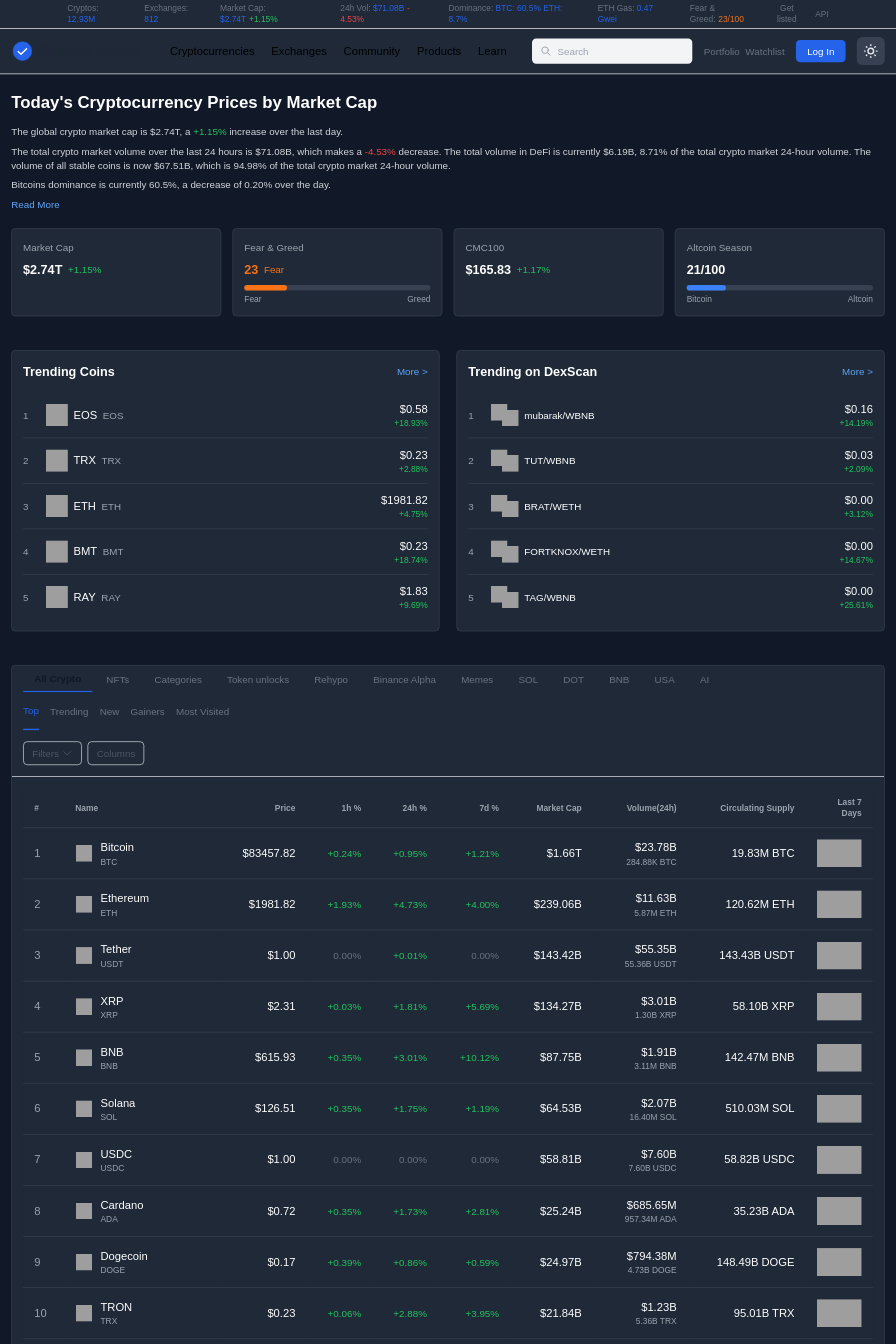
Repository: halilhaninan/testcmc
Page: /
These files come from the project's save history. The page is drawn as it stood at one moment and after the next save; the edit follows.
The browser window is 1280 px wide. The pictures show the part of the page from y = 0 to 1920 px (the page is 2883 px tall), at 70% of full size.
Pictures or frames that could not be fetched are drawn as grey boxes. The project was rebuilt for these pictures with package versions that can differ from the ones it lists, and the page was loaded fresh each time. Also part of the build but not shown: vite.config.ts.

Above is the page before, as saved 2025-04-07 20:40:41.

### index.html
<!DOCTYPE html>
<html lang="en">

<head>
  <meta charset="UTF-8" />
  <link rel="icon" type="image/svg+xml" href="data:[embedded picture, 526 characters]" />
  <meta name="viewport" content="width=device-width, initial-scale=1.0" />
  <title>Cryptocurrency Prices, Charts, and Market Capitalizations | CoinMarketCap Clone</title>
  <meta name="description" content="A clone of CoinMarketCap - the world's most-referenced price-tracking website for cryptoassets in the rapidly growing cryptocurrency space." />
</head>

<body>
  <div id="root"></div>
  <script type="module" src="/src/main.tsx"></script>
</body>

</html>

### src/main.tsx
import { createRoot } from "react-dom/client";
import "./index.css";
import App from "./App.tsx";

const rootElement = document.getElementById("root");
if (!rootElement) {
  throw new Error("Failed to find root element");
}

createRoot(rootElement).render(<App />);

### src/index.css
@tailwind base;
@tailwind components;
@tailwind utilities;

body {
  font-family: Arial, Helvetica, sans-serif;
}

:root {
  --background: 0 0% 100%;
  --foreground: 240 10% 3.9%;
  --card: 0 0% 100%;
  --card-foreground: 240 10% 3.9%;
  --popover: 0 0% 100%;
  --popover-foreground: 240 10% 3.9%;
  --primary: 240 5.9% 10%;
  --primary-foreground: 0 0% 98%;
  --secondary: 240 4.8% 95.9%;
  --secondary-foreground: 240 5.9% 10%;
  --muted: 240 4.8% 95.9%;
  --muted-foreground: 240 3.8% 46.1%;
  --accent: 240 4.8% 95.9%;
  --accent-foreground: 240 5.9% 10%;
  --destructive: 0 84.2% 60.2%;
  --destructive-foreground: 0 0% 98%;
  --border: 240 5.9% 90%;
  --input: 240 5.9% 90%;
  --ring: 240 5.9% 10%;
  --radius: 0.5rem;
  --chart-1: 12 76% 61%;
  --chart-2: 173 58% 39%;
  --chart-3: 197 37% 24%;
  --chart-4: 43 74% 66%;
  --chart-5: 27 87% 67%;
}

.dark {
  --background: 240 10% 3.9%;
  --foreground: 0 0% 98%;
  --card: 240 10% 3.9%;
  --card-foreground: 0 0% 98%;
  --popover: 240 10% 3.9%;
  --popover-foreground: 0 0% 98%;
  --primary: 0 0% 98%;
  --primary-foreground: 240 5.9% 10%;
  --secondary: 240 3.7% 15.9%;
  --secondary-foreground: 0 0% 98%;
  --muted: 240 3.7% 15.9%;
  --muted-foreground: 240 5% 64.9%;
  --accent: 240 3.7% 15.9%;
  --accent-foreground: 0 0% 98%;
  --destructive: 0 62.8% 30.6%;
  --destructive-foreground: 0 0% 98%;
  --border: 240 3.7% 15.9%;
  --input: 240 3.7% 15.9%;
  --ring: 240 4.9% 83.9%;
  --chart-1: 220 70% 50%;
  --chart-2: 160 60% 45%;
  --chart-3: 30 80% 55%;
  --chart-4: 280 65% 60%;
  --chart-5: 340 75% 55%;
}

@layer utilities {
  .no-scrollbar::-webkit-scrollbar {
    display: none;
  }

  .no-scrollbar {
    -ms-overflow-style: none;  /* IE and Edge */
    scrollbar-width: none;  /* Firefox */
  }
}

### src/App.tsx
import React from "react";
import Header from "./components/layout/Header";
import Footer from "./components/layout/Footer";
import GlobalStats from "./components/ui/GlobalStats";
import TrendingSection from "./components/ui/TrendingSection";
import FilterTabs from "./components/ui/FilterTabs";
import CryptoTable from "./components/ui/CryptoTable";
import { ThemeProvider } from "./context/ThemeContext";

function App() {
  return (
    <ThemeProvider>
      <div className="flex min-h-screen flex-col bg-gray-50 transition-colors duration-200 dark:bg-gray-900">
        <Header />
        <main className="flex-grow">
          <GlobalStats />
          <TrendingSection />
          <div className="container mx-auto px-4 py-4">
            <div className="overflow-hidden rounded-md border border-gray-200 bg-white shadow-sm transition-colors duration-200 dark:border-gray-700 dark:bg-gray-800">
              <FilterTabs />
              <CryptoTable />
            </div>
          </div>
        </main>
        <Footer />
      </div>
    </ThemeProvider>
  );
}

export default App;

### src/components/ui/TrendingSection.tsx
import React from "react";
import { trendingCoins, trendingDexPairs } from "../../data/mockData";
import { formatCurrencyWithDecimals, getPercentClass } from "../../utils/formatters";

const TrendingSection: React.FC = () => {
  return (
    <section className="container mx-auto mb-8 px-4">
      <div className="flex flex-col gap-6 md:flex-row">
        {/* Trending Coins Card */}
        <div className="w-full rounded-md border border-gray-200 bg-white p-4 dark:border-gray-700 dark:bg-gray-800 md:w-1/2">
          <div className="mb-4 flex items-center justify-between">
            <h2 className="text-lg font-bold text-gray-900 dark:text-white">Trending Coins</h2>
            <a href="#" className="text-sm text-blue-600 hover:underline dark:text-blue-400">
              More &gt;
            </a>
          </div>

          <div className="divide-y divide-gray-100 dark:divide-gray-700">
            {trendingCoins.map((coin, index) => (
              <div key={coin.id} className="flex items-center py-3">
                <div className="w-6 text-sm text-gray-500 dark:text-gray-400">{index + 1}</div>
                <div className="mx-2 h-8 w-8">
                  <img src={coin.logo} alt={coin.name} className="h-full w-full" />
                </div>
                <div className="flex-1">
                  <div className="flex items-center">
                    <span className="font-medium text-gray-900 dark:text-white">{coin.name}</span>
                    <span className="ml-2 text-sm text-gray-500 dark:text-gray-400">
                      {coin.symbol}
                    </span>
                  </div>
                </div>
                <div className="flex flex-col items-end">
                  <span className="font-medium text-gray-900 dark:text-white">
                    {formatCurrencyWithDecimals(coin.price)}
                  </span>
                  <span className={`text-xs ${getPercentClass(coin.percentChange24h)}`}>
                    {coin.percentChange24h > 0 ? "+" : ""}
                    {coin.percentChange24h.toFixed(2)}%
                  </span>
                </div>
              </div>
            ))}
          </div>
        </div>

        {/* Trending on DexScan Card */}
        <div className="w-full rounded-md border border-gray-200 bg-white p-4 dark:border-gray-700 dark:bg-gray-800 md:w-1/2">
          <div className="mb-4 flex items-center justify-between">
            <h2 className="text-lg font-bold text-gray-900 dark:text-white">Trending on DexScan</h2>
            <a href="#" className="text-sm text-blue-600 hover:underline dark:text-blue-400">
              More &gt;
            </a>
          </div>

          <div className="divide-y divide-gray-100 dark:divide-gray-700">
            {trendingDexPairs.map((pair, index) => (
              <div key={pair.id} className="flex items-center py-3">
                <div className="w-6 text-sm text-gray-500 dark:text-gray-400">{index + 1}</div>
                <div className="relative mx-2 h-8 w-10">
                  <img
                    src={pair.token1Logo}
                    alt="Token 1"
                    className="absolute left-0 top-0 h-6 w-6"
                  />
                  <img
                    src={pair.token2Logo}
                    alt="Token 2"
                    className="absolute bottom-0 right-0 h-6 w-6"
                  />
                </div>
                <div className="flex-1">
                  <div className="flex items-center">
                    <span className="text-sm font-medium text-gray-900 dark:text-white">
                      {pair.name}
                    </span>
                  </div>
                </div>
                <div className="flex flex-col items-end">
                  <span className="font-medium text-gray-900 dark:text-white">
                    {formatCurrencyWithDecimals(pair.price)}
                  </span>
                  <span className={`text-xs ${getPercentClass(pair.percentChange24h)}`}>
                    {pair.percentChange24h > 0 ? "+" : ""}
                    {pair.percentChange24h.toFixed(2)}%
                  </span>
                </div>
              </div>
            ))}
          </div>
        </div>
      </div>
    </section>
  );
};

export default TrendingSection;

### src/components/ui/FilterTabs.tsx
import React, { useState } from 'react';

const FilterTabs: React.FC = () => {
  const [activeTab, setActiveTab] = useState('top');

  const tabs = [
    { id: 'top', label: 'Top' },
    { id: 'trending', label: 'Trending' },
    { id: 'new', label: 'New' },
    { id: 'gainers', label: 'Gainers' },
    { id: 'mostVisited', label: 'Most Visited' }
  ];

  return (
    <div className="border-b border-gray-200 mb-4">
      <div className="container mx-auto px-4">
        {/* Main Category Tabs */}
        <div className="flex overflow-x-auto no-scrollbar space-x-1 text-sm">
          <button className="px-4 py-2 font-semibold text-gray-900 border-b-2 border-blue-600">
            All Crypto
          </button>
          <button className="px-4 py-2 text-gray-500 hover:text-gray-900">
            NFTs
          </button>
          <button className="px-4 py-2 text-gray-500 hover:text-gray-900">
            Categories
          </button>
          <button className="px-4 py-2 text-gray-500 hover:text-gray-900">
            Token unlocks
          </button>
          <button className="px-4 py-2 text-gray-500 hover:text-gray-900">
            Rehypo
          </button>
          <button className="px-4 py-2 text-gray-500 hover:text-gray-900">
            Binance Alpha
          </button>
          <button className="px-4 py-2 text-gray-500 hover:text-gray-900">
            Memes
          </button>
          <button className="px-4 py-2 text-gray-500 hover:text-gray-900">
            SOL
          </button>
          <button className="px-4 py-2 text-gray-500 hover:text-gray-900">
            DOT
          </button>
          <button className="px-4 py-2 text-gray-500 hover:text-gray-900">
            BNB
          </button>
          <button className="px-4 py-2 text-gray-500 hover:text-gray-900">
            USA
          </button>
          <button className="px-4 py-2 text-gray-500 hover:text-gray-900">
            AI
          </button>
        </div>

        {/* Subcategory Tabs */}
        <div className="flex space-x-4 mt-4">
          {tabs.map(tab => (
            <button
              key={tab.id}
              className={`pb-4 text-sm font-medium transition-colors relative ${
                activeTab === tab.id
                  ? 'text-blue-600 border-b-2 border-blue-600'
                  : 'text-gray-500 hover:text-gray-900'
              }`}
              onClick={() => setActiveTab(tab.id)}
            >
              {tab.label}
            </button>
          ))}
        </div>

        {/* Filter Buttons */}
        <div className="flex justify-between items-center py-4">
          <div className="flex space-x-2">
            <button className="py-1.5 px-3 text-sm text-gray-600 border border-gray-300 rounded-md hover:bg-gray-50 flex items-center">
              <span>Filters</span>
              <svg className="w-4 h-4 ml-1" fill="none" viewBox="0 0 24 24" stroke="currentColor">
                <path strokeLinecap="round" strokeLinejoin="round" strokeWidth="2" d="M19 9l-7 7-7-7" />
              </svg>
            </button>
            <button className="py-1.5 px-3 text-sm text-gray-600 border border-gray-300 rounded-md hover:bg-gray-50">
              Columns
            </button>
          </div>
        </div>
      </div>
    </div>
  );
};

export default FilterTabs;

### src/components/ui/CryptoTable.tsx
import React from "react";
import { cryptocurrencies } from "../../data/mockData";
import {
  formatCurrency,
  formatCurrencyWithDecimals,
  formatNumber,
  formatSupply,
  getPercentClass,
} from "../../utils/formatters";

const CryptoTable: React.FC = () => {
  return (
    <div className="container mx-auto overflow-x-auto px-4">
      <table className="min-w-full bg-white dark:bg-gray-800">
        <thead>
          <tr className="border-b border-gray-200 text-xs text-gray-500 dark:border-gray-700 dark:text-gray-400">
            <th className="px-4 py-3 text-left">#</th>
            <th className="px-4 py-3 text-left">Name</th>
            <th className="px-4 py-3 text-right">Price</th>
            <th className="px-4 py-3 text-right">1h %</th>
            <th className="px-4 py-3 text-right">24h %</th>
            <th className="px-4 py-3 text-right">7d %</th>
            <th className="px-4 py-3 text-right">Market Cap</th>
            <th className="px-4 py-3 text-right">Volume(24h)</th>
            <th className="px-4 py-3 text-right">Circulating Supply</th>
            <th className="px-4 py-3 text-right">Last 7 Days</th>
          </tr>
        </thead>
        <tbody>
          {cryptocurrencies.map((crypto) => (
            <tr
              key={crypto.id}
              className="border-b border-gray-200 hover:bg-gray-50 dark:border-gray-700 dark:hover:bg-gray-700"
            >
              <td className="px-4 py-4 text-left text-gray-500 dark:text-gray-400">
                {crypto.rank}
              </td>
              <td className="px-4 py-4 text-left">
                <div className="flex items-center">
                  <img src={crypto.logo} alt={crypto.name} className="mr-3 h-6 w-6" />
                  <div>
                    <div className="font-medium text-gray-900 dark:text-white">{crypto.name}</div>
                    <div className="text-xs text-gray-500 dark:text-gray-400">{crypto.symbol}</div>
                  </div>
                </div>
              </td>
              <td className="px-4 py-4 text-right font-medium text-gray-900 dark:text-white">
                {formatCurrencyWithDecimals(crypto.price)}
              </td>
              <td
                className={`px-4 py-4 text-right text-sm ${getPercentClass(crypto.percentChange1h)}`}
              >
                {crypto.percentChange1h > 0 ? "+" : ""}
                {crypto.percentChange1h.toFixed(2)}%
              </td>
              <td
                className={`px-4 py-4 text-right text-sm ${getPercentClass(crypto.percentChange24h)}`}
              >
                {crypto.percentChange24h > 0 ? "+" : ""}
                {crypto.percentChange24h.toFixed(2)}%
              </td>
              <td
                className={`px-4 py-4 text-right text-sm ${getPercentClass(crypto.percentChange7d)}`}
              >
                {crypto.percentChange7d > 0 ? "+" : ""}
                {crypto.percentChange7d.toFixed(2)}%
              </td>
              <td className="px-4 py-4 text-right font-medium text-gray-900 dark:text-white">
                {formatCurrency(crypto.marketCap)}
              </td>
              <td className="px-4 py-4 text-right">
                <div className="text-gray-900 dark:text-white">
                  {formatCurrency(crypto.volume24h)}
                </div>
                <div className="text-xs text-gray-500 dark:text-gray-400">
                  {formatNumber(crypto.volume24h / crypto.price)} {crypto.symbol}
                </div>
              </td>
              <td className="px-4 py-4 text-right">
                <div className="text-gray-900 dark:text-white">
                  {formatSupply(crypto.circulatingSupply, crypto.symbol)}
                </div>
              </td>
              <td className="w-24 px-4 py-4">
                <img
                  src={crypto.sparkline}
                  alt={`${crypto.name} 7d chart`}
                  className="h-10 w-full"
                />
              </td>
            </tr>
          ))}
        </tbody>
      </table>

      {/* Pagination */}
      <div className="my-8 flex justify-center">
        <nav className="inline-flex">
          <button className="rounded-l-md border border-gray-300 bg-white px-3 py-1 text-gray-500 hover:bg-gray-50 dark:border-gray-600 dark:bg-gray-700 dark:text-gray-400 dark:hover:bg-gray-600">
            Previous
          </button>
          <button className="border-b border-t border-gray-300 bg-blue-50 px-3 py-1 font-medium text-blue-600 dark:border-gray-600 dark:bg-blue-900 dark:text-blue-300">
            1
          </button>
          <button className="border-b border-t border-gray-300 bg-white px-3 py-1 text-gray-500 hover:bg-gray-50 dark:border-gray-600 dark:bg-gray-700 dark:text-gray-400 dark:hover:bg-gray-600">
            2
          </button>
          <button className="border-b border-t border-gray-300 bg-white px-3 py-1 text-gray-500 hover:bg-gray-50 dark:border-gray-600 dark:bg-gray-700 dark:text-gray-400 dark:hover:bg-gray-600">
            3
          </button>
          <button className="border-b border-t border-gray-300 bg-white px-3 py-1 text-gray-500 hover:bg-gray-50 dark:border-gray-600 dark:bg-gray-700 dark:text-gray-400 dark:hover:bg-gray-600">
            4
          </button>
          <button className="border-b border-t border-gray-300 bg-white px-3 py-1 text-gray-500 hover:bg-gray-50 dark:border-gray-600 dark:bg-gray-700 dark:text-gray-400 dark:hover:bg-gray-600">
            5
          </button>
          <button className="rounded-r-md border border-gray-300 bg-white px-3 py-1 text-gray-500 hover:bg-gray-50 dark:border-gray-600 dark:bg-gray-700 dark:text-gray-400 dark:hover:bg-gray-600">
            Next
          </button>
        </nav>
      </div>
    </div>
  );
};

export default CryptoTable;

### src/context/ThemeContext.tsx
import React, { createContext, useContext, useState, useEffect } from "react";

type ThemeContextType = {
  isDarkMode: boolean;
  toggleTheme: () => void;
};

const ThemeContext = createContext<ThemeContextType | undefined>(undefined);

export const ThemeProvider: React.FC<{ children: React.ReactNode }> = ({ children }) => {
  const [isDarkMode, setIsDarkMode] = useState<boolean>(() => {
    // Varsayılan olarak dark mode'u aktif et
    return true;
  });

  useEffect(() => {
    if (isDarkMode) {
      document.documentElement.classList.add("dark");
    } else {
      document.documentElement.classList.remove("dark");
    }
  }, [isDarkMode]);

  const toggleTheme = () => {
    setIsDarkMode(!isDarkMode);
  };

  return (
    <ThemeContext.Provider value={{ isDarkMode, toggleTheme }}>{children}</ThemeContext.Provider>
  );
};

export const useTheme = () => {
  const context = useContext(ThemeContext);
  if (context === undefined) {
    throw new Error("useTheme must be used within a ThemeProvider");
  }
  return context;
};

### src/utils/formatters.ts
/**
 * Format large numbers to a readable format with abbreviations (K, M, B, T)
 */
export const formatNumber = (num: number): string => {
  if (num === undefined || num === null) return "N/A";

  if (num >= 1e12) {
    return (num / 1e12).toFixed(2) + 'T';
  } else if (num >= 1e9) {
    return (num / 1e9).toFixed(2) + 'B';
  } else if (num >= 1e6) {
    return (num / 1e6).toFixed(2) + 'M';
  } else if (num >= 1e3) {
    return (num / 1e3).toFixed(2) + 'K';
  } else {
    return num.toFixed(2);
  }
};

/**
 * Format a number as a currency with $ prefix
 */
export const formatCurrency = (num: number): string => {
  if (num === undefined || num === null) return "N/A";

  if (num >= 1e12) {
    return '$' + (num / 1e12).toFixed(2) + 'T';
  } else if (num >= 1e9) {
    return '$' + (num / 1e9).toFixed(2) + 'B';
  } else if (num >= 1e6) {
    return '$' + (num / 1e6).toFixed(2) + 'M';
  } else if (num >= 1e3) {
    return '$' + (num / 1e3).toFixed(2) + 'K';
  } else {
    return '$' + num.toFixed(2);
  }
};

/**
 * Format a number as a currency with $ prefix and maximum decimals
 */
export const formatCurrencyWithDecimals = (num: number, decimals = 2): string => {
  if (num === undefined || num === null) return "N/A";

  // For small numbers (stablecoins), show more decimals
  if (num < 1 && num > 0) {
    return '$' + num.toFixed(Math.min(6, decimals));
  }

  // For normal numbers
  return '$' + num.toFixed(decimals);
};

/**
 * Format a percentage with % suffix and color
 */
export const formatPercent = (num: number): string => {
  if (num === undefined || num === null) return "N/A";
  return (num > 0 ? '+' : '') + num.toFixed(2) + '%';
};

/**
 * Format supply numbers
 */
export const formatSupply = (num: number, symbol: string): string => {
  if (num === undefined || num === null) return "N/A";

  if (num >= 1e12) {
    return (num / 1e12).toFixed(2) + 'T ' + symbol;
  } else if (num >= 1e9) {
    return (num / 1e9).toFixed(2) + 'B ' + symbol;
  } else if (num >= 1e6) {
    return (num / 1e6).toFixed(2) + 'M ' + symbol;
  } else if (num >= 1e3) {
    return (num / 1e3).toFixed(2) + 'K ' + symbol;
  } else {
    return num.toFixed(2) + ' ' + symbol;
  }
};

/**
 * Get CSS class for positive or negative percentage
 */
export const getPercentClass = (percent: number): string => {
  if (percent > 0) {
    return 'text-green-500';
  } else if (percent < 0) {
    return 'text-red-500';
  } else {
    return 'text-gray-500';
  }
};

Loaded but not shown: tailwind.config.js (118 lines, source omitted); src/components/layout/Footer.tsx (269 lines, source omitted); src/data/mockData.ts (340 lines, source omitted); src/components/layout/Header.tsx (201 lines, source omitted); src/components/ui/GlobalStats.tsx (109 lines, source omitted)

After the next save:
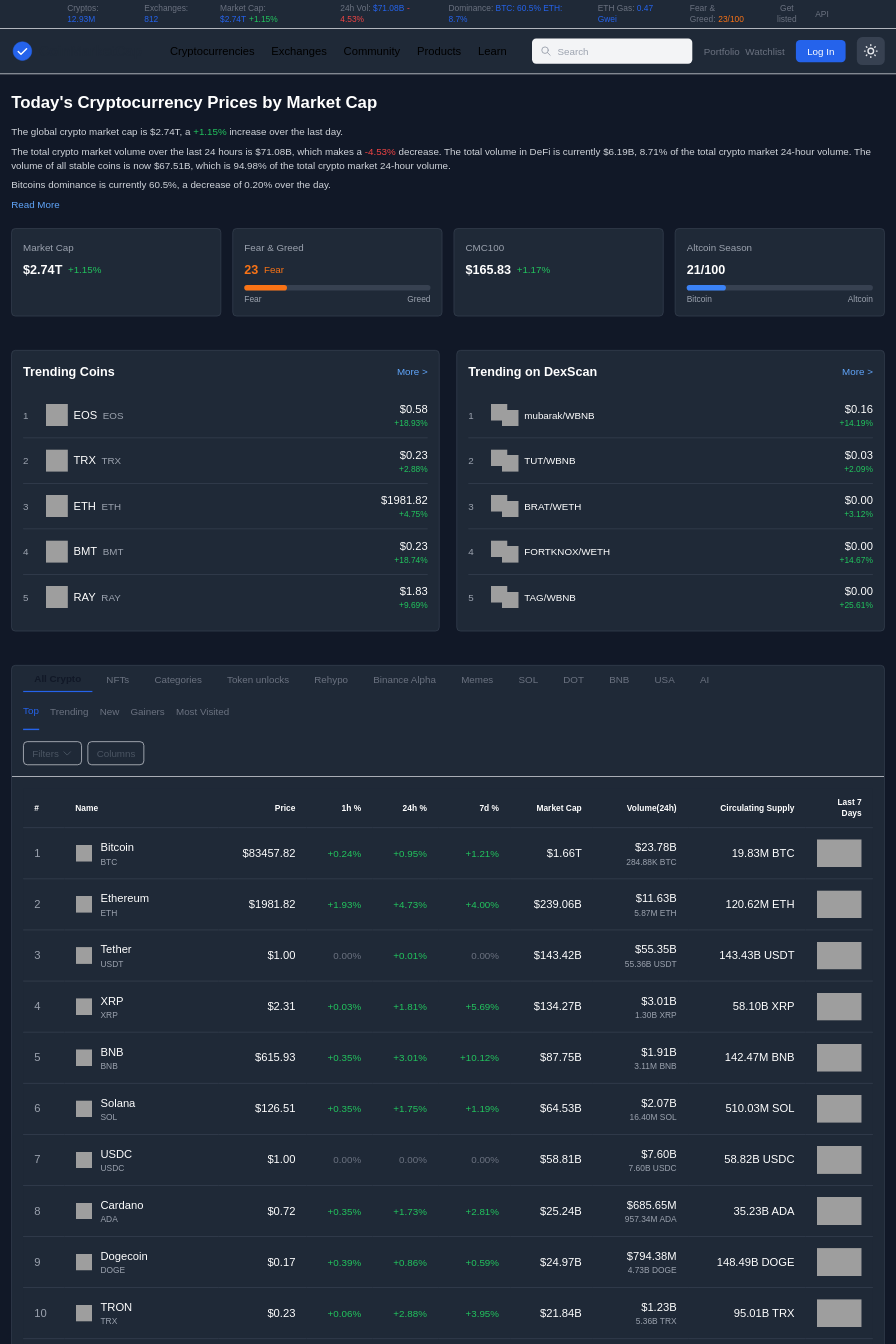
Saved 20 s later.
--- a/src/components/ui/CryptoTable.tsx
+++ b/src/components/ui/CryptoTable.tsx
@@ -13,7 +13,7 @@
     <div className="container mx-auto overflow-x-auto px-4">
       <table className="min-w-full bg-white dark:bg-gray-800">
         <thead>
-          <tr className="border-b border-gray-200 text-xs text-gray-500 dark:border-gray-700 dark:text-gray-400">
+          <tr className="border-b border-gray-200 text-xs text-gray-500 dark:border-gray-700 dark:text-white">
             <th className="px-4 py-3 text-left">#</th>
             <th className="px-4 py-3 text-left">Name</th>
             <th className="px-4 py-3 text-right">Price</th>
